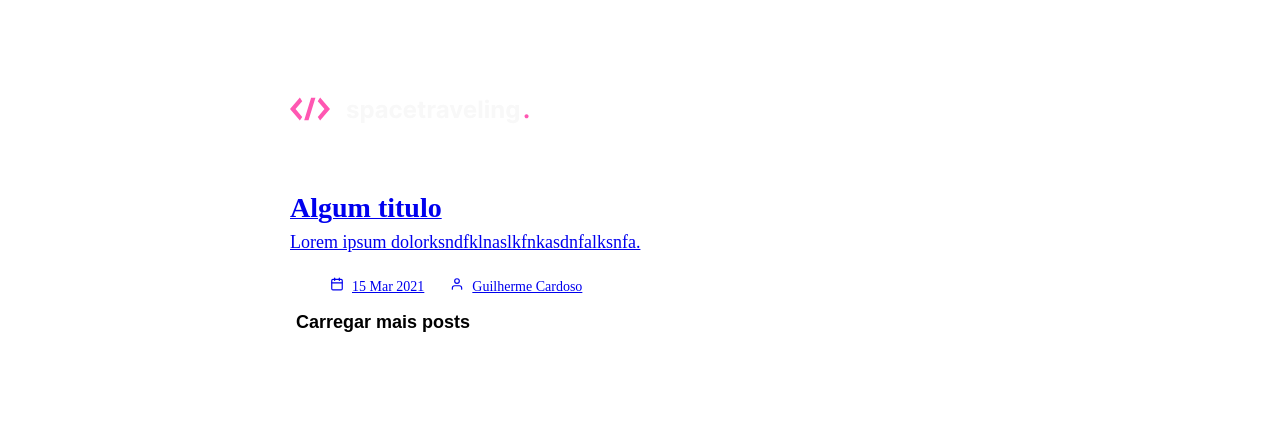
Repository: guilhermecardoso93/ignite-template-reactjs-criando-um-projeto-do-zero
Page: /
The author's editor kept a copy of each file at every save. The page is drawn from the files as they stood at one save, then again after the next save.
The browser window is 1280 px wide. The pictures show the whole page.
The project was rebuilt for these pictures with package versions that can differ from the ones it lists, and the page was loaded fresh each time. The framework's server and built-in components were replaced by stand-ins that run in the browser.

Above is the page before, as saved 2022-07-24 11:57:14.

After the next save:
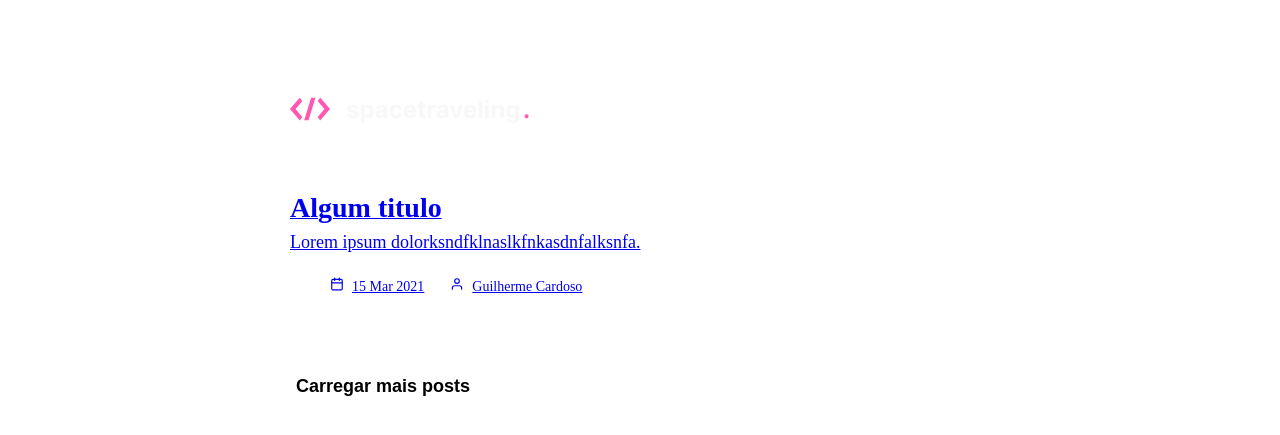
Saved 22 s later.
--- a/src/pages/home.module.scss
+++ b/src/pages/home.module.scss
@@ -15,7 +15,7 @@
     font-weight: 600;
     font-size: 1.125rem;
     color:var(--highlight);
-
+    margin-top: 4rem;
   }
 }
 
